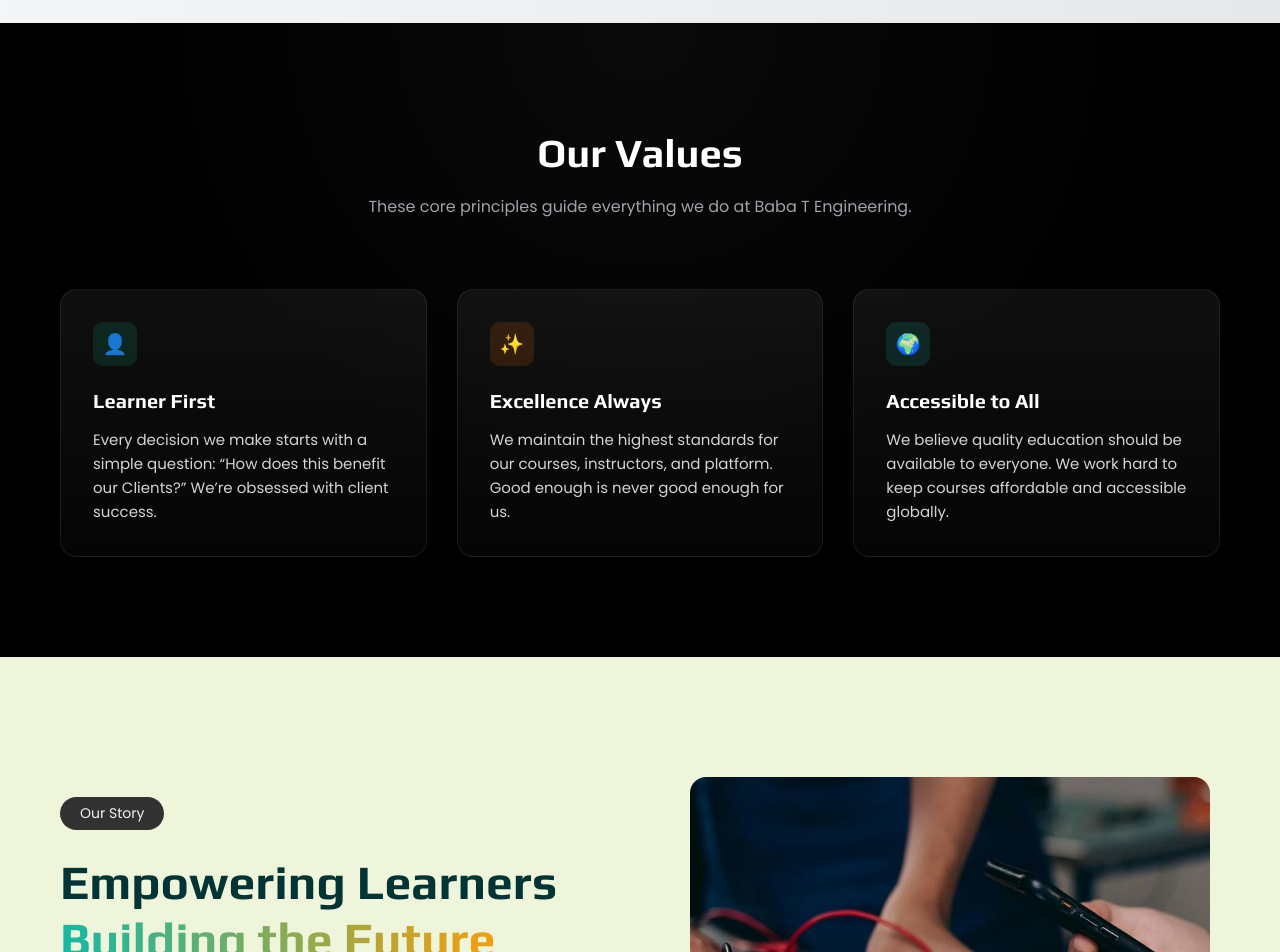
Repository: KC-Minchakpu/babatunde
Page: /
The author's editor kept a copy of each file at every save. The page is drawn from the files as they stood at one save, then again after the next save.
The browser window is 1280 px wide. The pictures show the part of the page from y = 911 to 1863 px (the page is 3736 px tall).
Pictures or frames that could not be fetched are drawn as grey boxes. The project was rebuilt for these pictures with package versions that can differ from the ones it lists, and the page was loaded fresh each time. The framework's server and built-in components were replaced by stand-ins that run in the browser. Also part of the build but not shown: next.config.ts.

Above is the page before, as saved 2026-02-16 12:10:01.

After the next save:
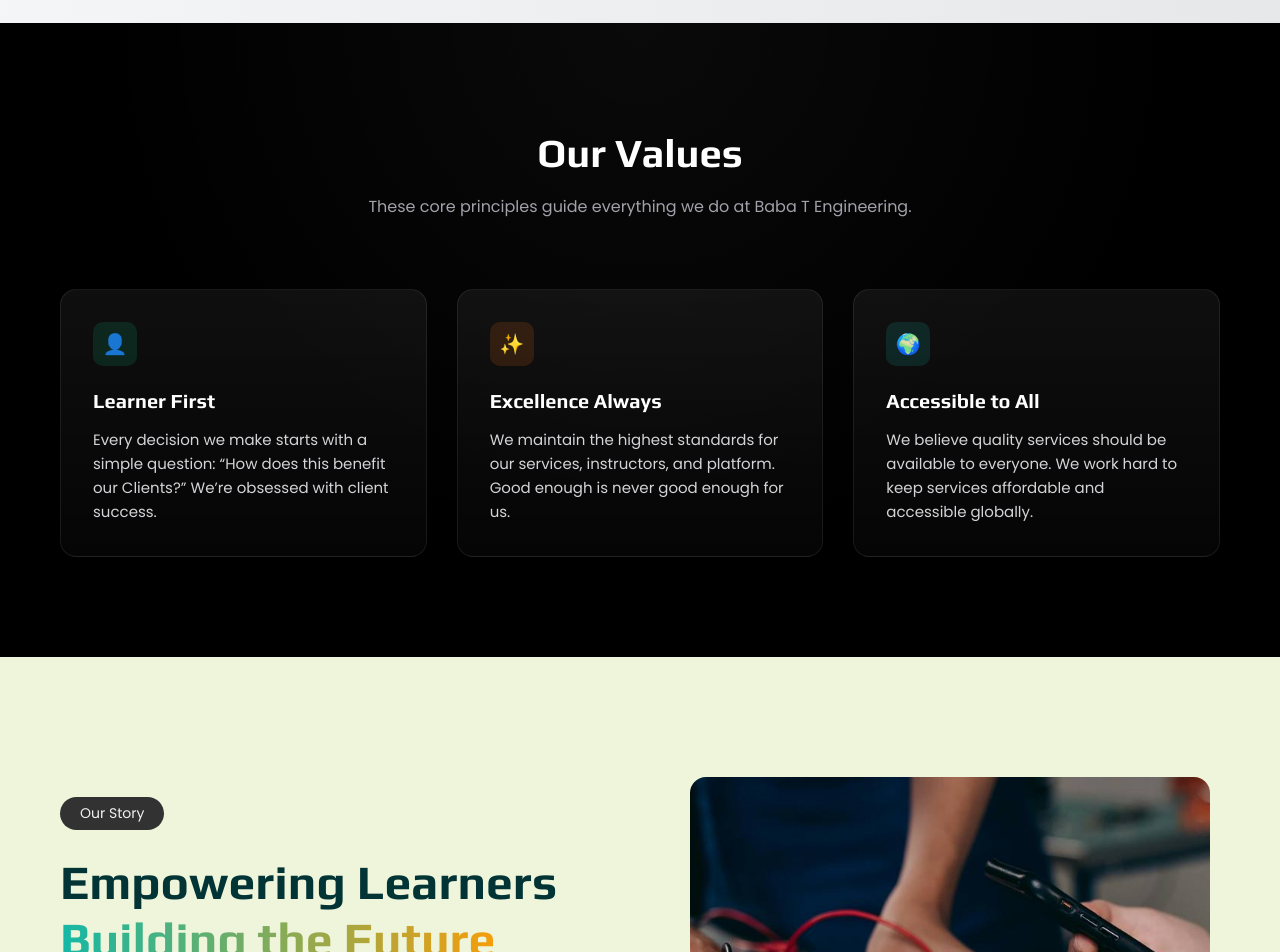
Saved 38 s later.
--- a/src/components/Values/Values.tsx
+++ b/src/components/Values/Values.tsx
@@ -29,7 +29,7 @@ export default function Values() {
             </div>
             <h3>Excellence Always</h3>
             <p>
-              We maintain the highest standards for our courses, instructors,
+              We maintain the highest standards for our services, instructors,
               and platform. Good enough is never good enough for us.
             </p>
           </div>
@@ -40,8 +40,8 @@ export default function Values() {
             </div>
             <h3>Accessible to All</h3>
             <p>
-              We believe quality education should be available to everyone. We
-              work hard to keep courses affordable and accessible globally.
+              We believe quality services should be available to everyone. We
+              work hard to keep services affordable and accessible globally.
             </p>
           </div>
         </div>
